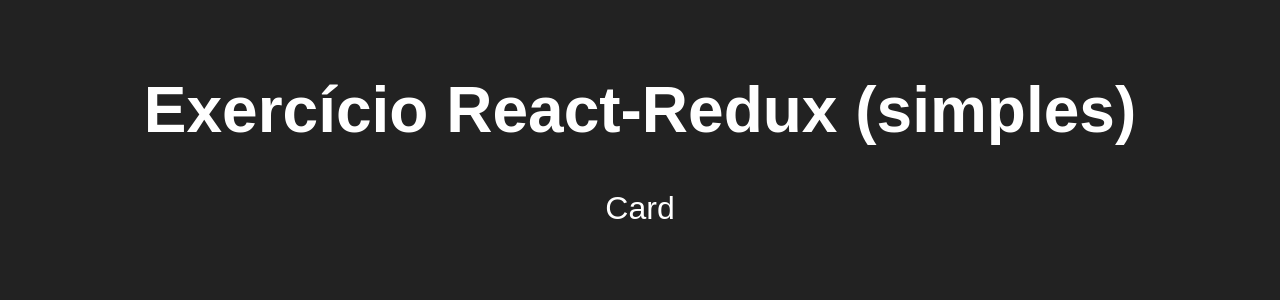
Repository: Henrique-Franca/Clear-Redux-Simples
Page: /
The author's editor kept a copy of each file at every save. The page is drawn from the files as they stood at one save, then again after the next save.
The browser window is 1280 px wide. The pictures show the whole page.
The project was rebuilt for these pictures with package versions that can differ from the ones it lists, and the page was loaded fresh each time. Also part of the build but not shown: src/components/Card.css.

Above is the page before, as saved 2022-11-21 11:33:21.

### src/index.css
body{
  background-color: #222;
  font-size: 2rem;
  font-family: Arial, Helvetica, sans-serif;
  color: #fff;
  margin: 30px;
}

### src/App.js
import logo from './logo.svg';
import './App.css';
import Card from './components/Card';

function App() {
  return (
    <div className="App">
      <h1>Exercício React-Redux (simples)</h1>
      <Card/>
    </div>
  );
}

export default App;

### src/App.css
.App{
  display: flex;
  flex-direction: column;
  text-align: center;
}

### src/components/Card.jsx
import './Card.css'
import React from 'react'

export default props=>{

    return (
        <div>Card</div>
    )

}

Loaded but not shown: public/index.html (common file); src/index.js (common file); src/reportWebVitals.js (common file)

After the next save:
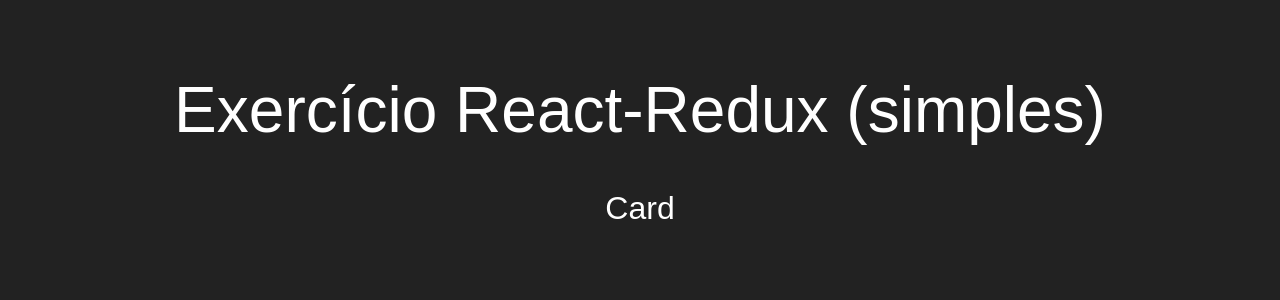
Saved 61 s later.
--- a/src/App.css
+++ b/src/App.css
@@ -3,3 +3,7 @@
   flex-direction: column;
   text-align: center;
 }
+
+h1{
+  font-weight: 200;
+}
